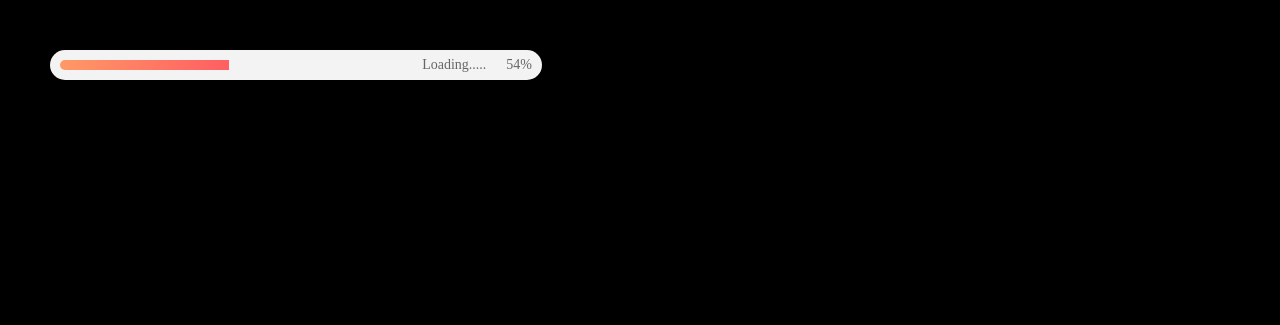
Repository: sriram1224/Loading_bar
Page: /
These files come from the project's save history. The page is drawn as it stood at one moment and after the next save; the edit follows.
The browser window is 1280 px wide. The pictures show the whole page.
The project was rebuilt for these pictures with package versions that can differ from the ones it lists, and the page was loaded fresh each time. Also part of the build but not shown: src/App.css.

Above is the page before, as saved 2024-04-22 04:39:26.

After the next save:
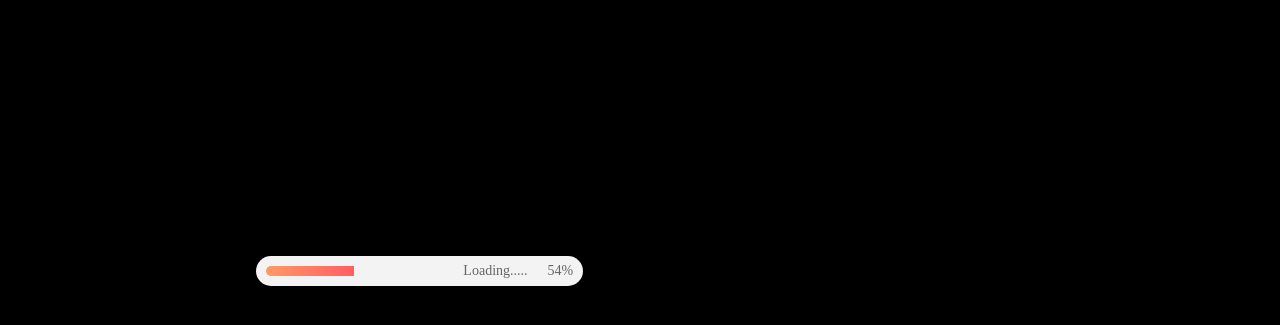
Saved 9 s later.
--- a/src/index.css
+++ b/src/index.css
@@ -1,7 +1,7 @@
 body{
 
   background-color:black;
-  margin: 50px;
+  margin: 20%;
 }
 .progress-bar-container {
   width: 40%;
